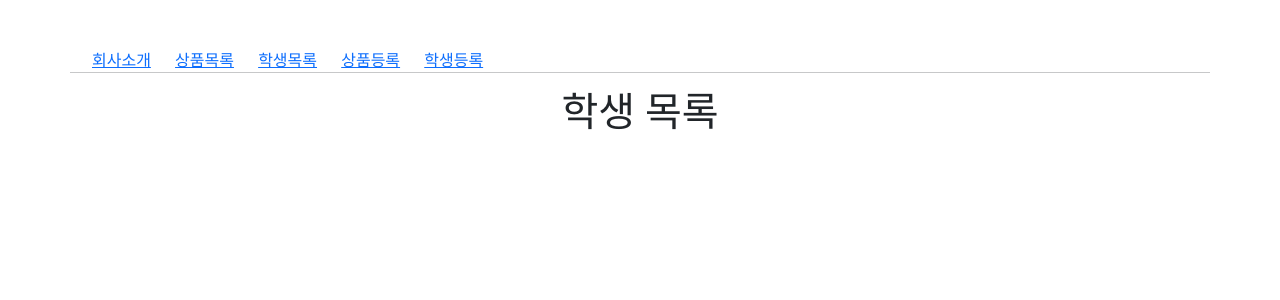
Repository: gwangso/web
Page: http://localhost/ex01/stu/list
The author's editor kept a copy of each file at every save. The page is drawn from the files as they stood at one save, then again after the next save.
The browser window is 1280 px wide. The pictures show the whole page.
Some web fonts or font styles are not loaded; a fallback is used. The page is served by Tomcat 9.

Above is the page before, as saved 2023-07-24 07:53:14.

After the next save:
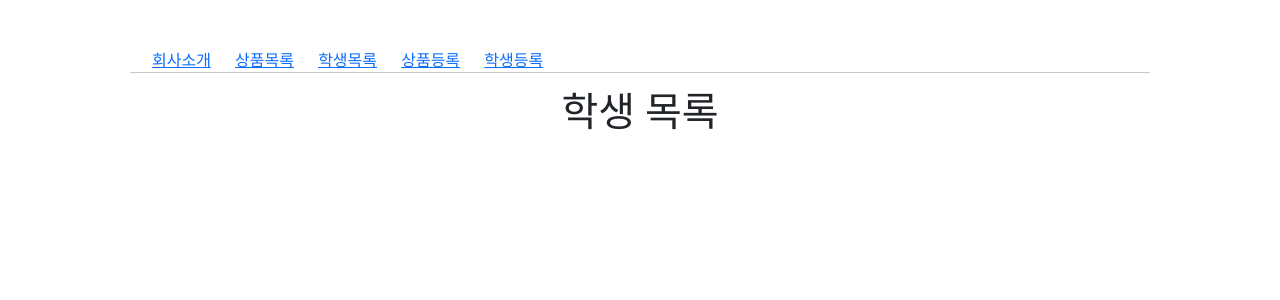
Saved 85 s later.
--- a/ex01/src/main/webapp/home.jsp
+++ b/ex01/src/main/webapp/home.jsp
@@ -27,7 +27,7 @@
 	</head>
 <body>
 <div class="container">
-	<div class="row my-5">
+	<div class="row m-5">
 		<div class="col">
 			<div>
 				<a href="/products">회사소개</a>
